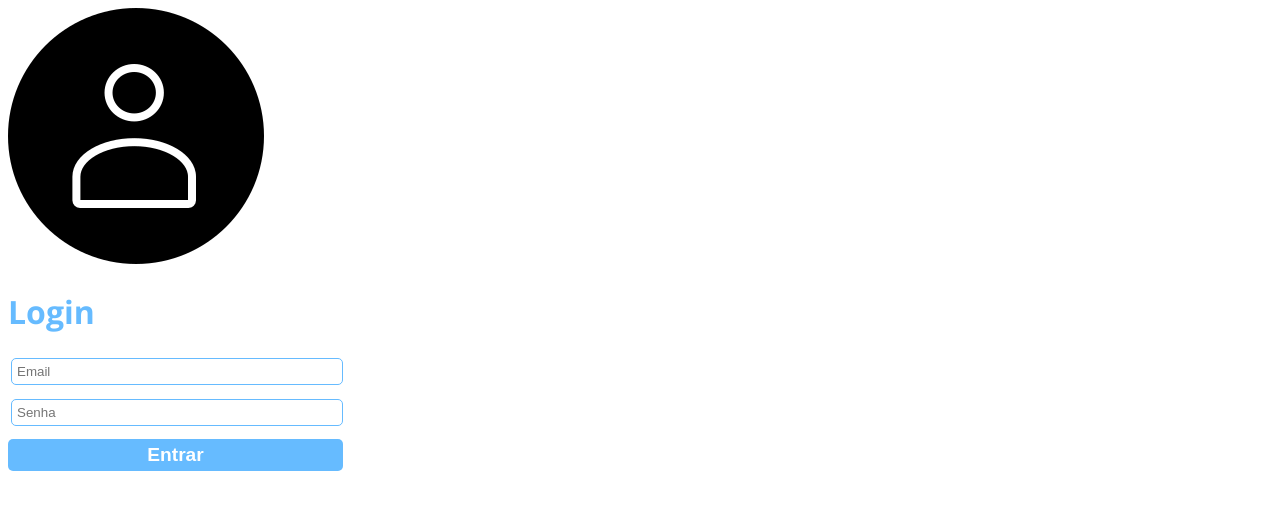
Repository: AbnerRS/DesafioSefaz
Page: DesafioSefaz/src/main/webapp/index.html
The author's editor kept a copy of each file at every save. The page is drawn from the files as they stood at one save, then again after the next save.
The browser window is 1280 px wide. The pictures show the whole page.

Above is the page before, as saved 2021-07-31 21:55:46.

After the next save:
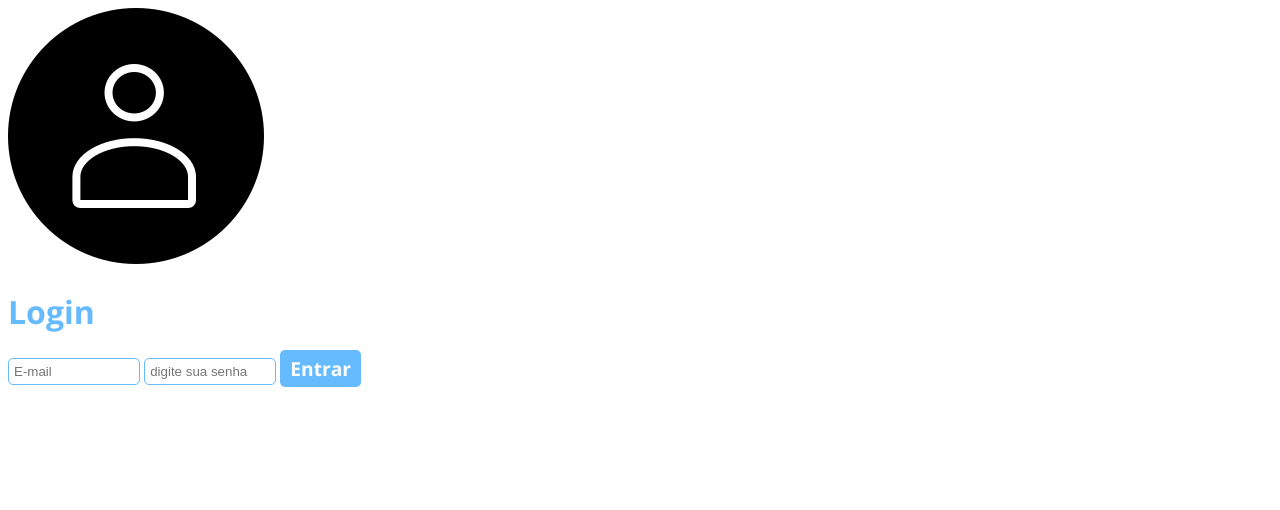
Saved 82 s later.
--- a/DesafioSefaz/src/main/webapp/index.html
+++ b/DesafioSefaz/src/main/webapp/index.html
@@ -9,23 +9,11 @@
 <body>
 
 	<img src="imagens/login_user.png">
-
-	<form name="frmLogin" action="login">
-		<h1>Login</h1>
-		<table>
-			<tr>
-				<td><input type="text" name="Login" placeholder="Email"
-					class="Caixa1"></td>
-			</tr>
-			<tr>
-				<td><input type="password" name="pwd" placeholder="Senha"
-					class="Caixa1"></td>
-			</tr>
-		</table>
-		<input type="button" value="Entrar" id="botaoLogin"
-			onclick="autenticar()"  >
+	<h1>Login</h1>
+	<form>
+		<input type="e-mail" name="email" placeholder="E-mail"   class="InputLogin">
+		<input type="password" name="senha" placeholder="digite sua senha"   class="InputLogin">
+		<a href="main" class="Botao">Entrar</a>
 	</form>
-
-	<script src="scripts/autenticador.js"></script>
 </body>
 </html>

After the save that followed:
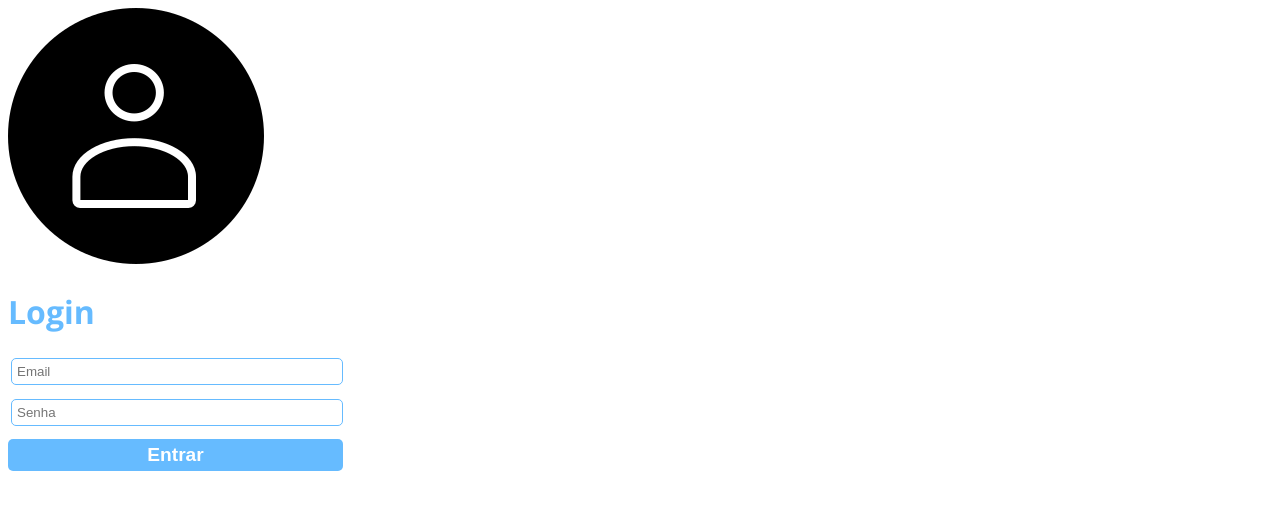
Saved 107 s later.
--- a/DesafioSefaz/src/main/webapp/index.html
+++ b/DesafioSefaz/src/main/webapp/index.html
@@ -9,11 +9,23 @@
 <body>
 
 	<img src="imagens/login_user.png">
-	<h1>Login</h1>
-	<form>
-		<input type="e-mail" name="email" placeholder="E-mail"   class="InputLogin">
-		<input type="password" name="senha" placeholder="digite sua senha"   class="InputLogin">
-		<a href="main" class="Botao">Entrar</a>
+
+	<form name="frmLogin" action="login">
+		<h1>Login</h1>
+		<table>
+			<tr>
+				<td><input type="text" name="Login" placeholder="Email"
+					class="Caixa1"></td>
+			</tr>
+			<tr>
+				<td><input type="password" name="pwd" placeholder="Senha"
+					class="Caixa1"></td>
+			</tr>
+		</table>
+		<input type="button" value="Entrar" id="botaoLogin"
+			href ="main" onclick="autenticar()"  >
 	</form>
+
+	<script src="scripts/autenticador.js"></script>
 </body>
 </html>
